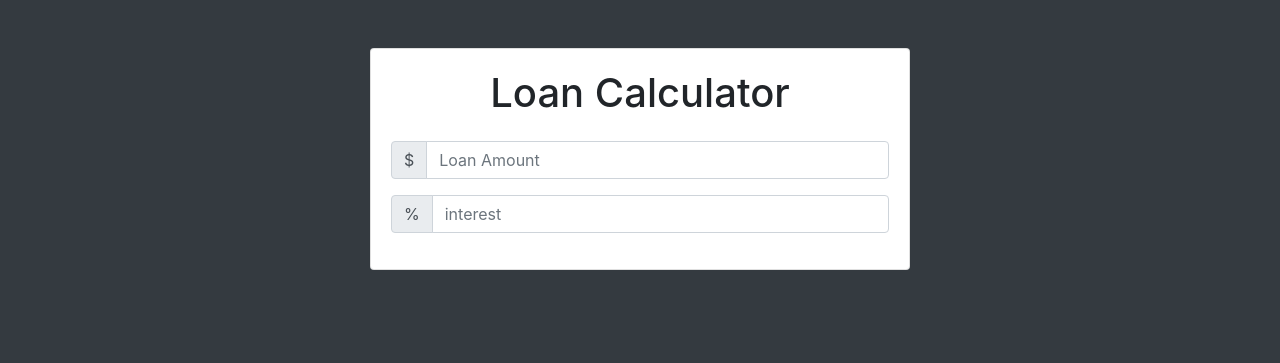
Repository: varun-project/LearningJs
Page: index.html
The author's editor kept a copy of each file at every save. The page is drawn from the files as they stood at one save, then again after the next save.
The browser window is 1280 px wide. The pictures show the whole page.

Above is the page before, as saved 2019-07-28 17:02:18.

### index.html
<!DOCTYPE html>
<html lang="en">
  <head>
    <!-- Required meta tags -->
    <meta charset="utf-8" />
    <meta
      name="viewport"
      content="width=device-width, initial-scale=1, shrink-to-fit=no"
    />

    <!-- Bootstrap CSS -->
    <link
      rel="stylesheet"
      href="https://stackpath.bootstrapcdn.com/bootstrap/4.3.1/css/bootstrap.min.css"
      integrity="sha384-ggOyR0iXCbMQv3Xipma34MD+dH/1fQ784/j6cY/iJTQUOhcWr7x9JvoRxT2MZw1T"
      crossorigin="anonymous"
    />

    <title>Hello, world!</title>
  </head>
  <body class="bg-dark">
    <div class="container">
      <div class="row">
        <div class="col-md-6 mx-auto">
          <div class="card card-body text-center mt-5">
            <h1 class="heading display-5 pb-3">Loan Calculator</h1>
            <form id="loan-form">
              <div class="form-group">
                <div class="input-group">
                  <div class="input-group-prepend">
                    <div class="input-group-text">$</div>
                  </div>
                  <input
                    type="number"
                    class="form-control"
                    id="amount"
                    placeholder="Loan Amount"
                  />
                </div>
              </div>
              <div class="form-group">
                  <div class="input-group">
                    <div class="input-group-prepend">
                      <div class="input-group-text">%</div>
                    </div>
                    <input
                      type="number"
                      class="form-control"
                      id="interest"
                      placeholder="interest"
                    />
                  </div>
                </div>
              <div class="form-group">

              </div>

            </form>
          </div>
        </div>
      </div>
    </div>

    <!-- Optional JavaScript -->
    <!-- jQuery first, then Popper.js, then Bootstrap JS -->
    <script
      src="https://code.jquery.com/jquery-3.3.1.slim.min.js"
      integrity="sha384-q8i/X+965DzO0rT7abK41JStQIAqVgRVzpbzo5smXKp4YfRvH+8abtTE1Pi6jizo"
      crossorigin="anonymous"
    ></script>
    <script
      src="https://cdnjs.cloudflare.com/ajax/libs/popper.js/1.14.7/umd/popper.min.js"
      integrity="sha384-UO2eT0CpHqdSJQ6hJty5KVphtPhzWj9WO1clHTMGa3JDZwrnQq4sF86dIHNDz0W1"
      crossorigin="anonymous"
    ></script>
    <script
      src="https://stackpath.bootstrapcdn.com/bootstrap/4.3.1/js/bootstrap.min.js"
      integrity="sha384-JjSmVgyd0p3pXB1rRibZUAYoIIy6OrQ6VrjIEaFf/nJGzIxFDsf4x0xIM+B07jRM"
      crossorigin="anonymous"
    ></script>
  </body>
</html>

After the next save:
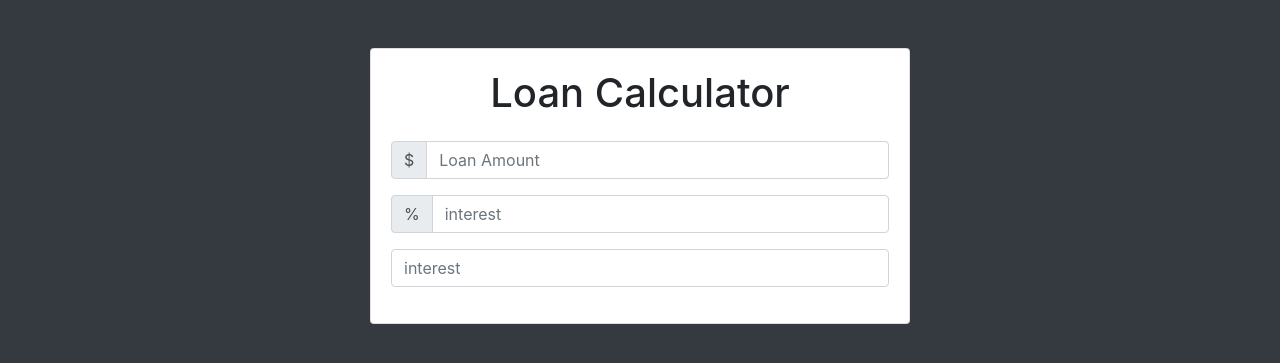
Saved 24 s later.
--- a/index.html
+++ b/index.html
@@ -52,7 +52,12 @@
                   </div>
                 </div>
               <div class="form-group">
-
+                  <input
+                  type="number"
+                  class="form-control"
+                  id="interest"
+                  placeholder="interest"
+                />
               </div>
 
             </form>
